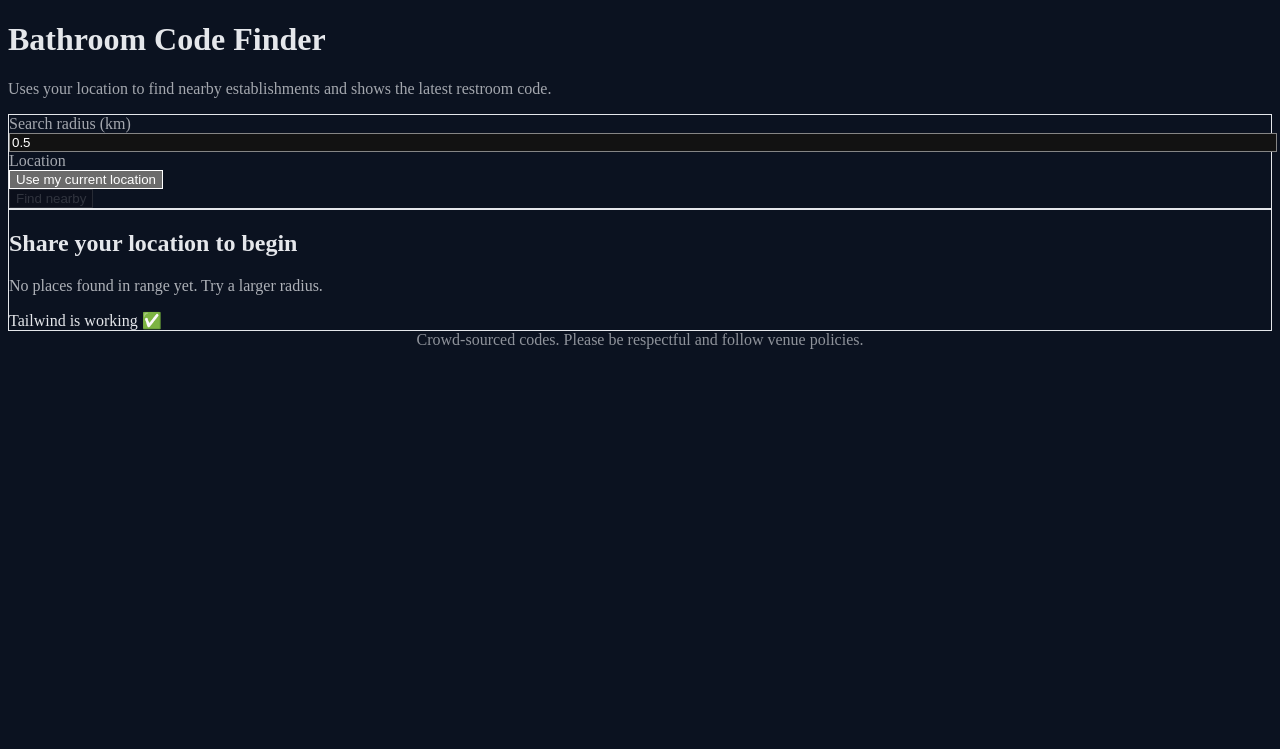
Repository: codcodedob/glitch
Page: /
An editor plug-in stored every save of this project. The page is shown before and after the next save, followed by the edit.
The browser window is 1280 px wide. The pictures show the whole page.
The page's requests for data from a server got no answer. The project was rebuilt for these pictures with package versions that can differ from the ones it lists, and the page was loaded fresh each time. The framework's server and built-in components were replaced by stand-ins that run in the browser. No one was signed in, and anything a server would have sent is missing. Also part of the build but not shown: next.config.js, next.config.mjs, next.config.ts, components/UpdateCodeModal.tsx.

Above is the page before, as saved 2025-10-03 12:06:56.

### pages/_app.tsx
import type { AppProps } from "next/app";
import { Toaster } from "react-hot-toast";
import "leaflet/dist/leaflet.css";
import "@/styles/globals.css";

export default function App({ Component, pageProps }: AppProps) {
  return (
    <>
      <Component {...pageProps} />
      <Toaster position="top-center" />
    </>
  );
}

### pages/index.tsx
// pages/index.tsx
import Head from "next/head";
import dynamic from "next/dynamic";
import { useCallback, useEffect, useMemo, useRef, useState } from "react";
import toast from "react-hot-toast";
import UpdateCodeModal from "@/components/UpdateCodeModal";

type Establishment = {
  id: string;
  name: string;
  address: string;
  lat: number;
  lng: number;
  restroom_available: boolean | null;
  distance_km?: number;
  code?: string | null;
  code_updated_at?: string | null;
  // may be absent for /api/nearest rows:
  google_place_id?: string | null;
};

type Candidate = {
  place_id: string;
  name: string;
  address: string | null;
  lat: number;
  lng: number;
  code?: string | null;
  code_updated_at?: string | null;
};

// Vanilla Leaflet map (no react-leaflet)
const MapView = dynamic(() => import("@/components/MapView"), { ssr: false });

export default function Home() {
  const [pos, setPos] = useState<{ lat: number; lng: number } | null>(null);
  const [posStatus, setPosStatus] = useState<
    "idle" | "prompting" | "granted" | "denied" | "unavailable"
  >("idle");

  const [radiusKm, setRadiusKm] = useState<number>(0.5);
  const [results, setResults] = useState<Establishment[]>([]);
  const [loading, setLoading] = useState(false);
  const [fetchError, setFetchError] = useState<string | null>(null);

  // Inline quick-edit (by establishment_id) for list rows:
  const [quickEdit, setQuickEdit] = useState<{ id: string; name: string } | null>(null);

  // Modal (by google place_id) for Places-based detection/chooser:
  const [modalOpen, setModalOpen] = useState(false);
  const [selectedPlace, setSelectedPlace] = useState<Candidate | null>(null);

  const staffToken = process.env.NEXT_PUBLIC_SUBMIT_TOKEN; // dev-only toggle for staff_verified
  const inFlight = useRef(false);

  useEffect(() => {
    if (!("geolocation" in navigator)) setPosStatus("unavailable");
  }, []);

  const requestLocation = useCallback(() => {
    if (!("geolocation" in navigator)) {
      setPosStatus("unavailable");
      return;
    }
    setPosStatus("prompting");
    navigator.geolocation.getCurrentPosition(
      (p) => {
        setPos({ lat: p.coords.latitude, lng: p.coords.longitude });
        setPosStatus("granted");
      },
      (err) => {
        setPosStatus(err.code === err.PERMISSION_DENIED ? "denied" : "unavailable");
      },
      { enableHighAccuracy: true, timeout: 12000, maximumAge: 10000 }
    );
  }, []);

  const fetchNearest = useCallback(async () => {
    if (!pos || inFlight.current) return;
    setLoading(true);
    setFetchError(null);
    inFlight.current = true;
    try {
      const q = new URLSearchParams({
        lat: String(pos.lat),
        lng: String(pos.lng),
        radius_km: String(radiusKm),
      });
      const res = await fetch(`/api/nearest?${q.toString()}`, {
        headers: { "cache-control": "no-store" },
      });
      if (!res.ok) throw new Error(`Server ${res.status}: ${await res.text()}`);
      const data = (await res.json()) as { establishments?: Establishment[] };
      setResults(data.establishments ?? []);
    } catch (e: any) {
      setFetchError(e?.message ?? "Failed to fetch nearby places.");
    } finally {
      setLoading(false);
      inFlight.current = false;
    }
  }, [pos, radiusKm]);

  // fetch when position arrives
  useEffect(() => {
    if (pos) fetchNearest();
  }, [pos, fetchNearest]);

  // Auto-resolve building and toast (now wires to modal for adding code)
  useEffect(() => {
    if (!pos) return;
    (async () => {
      try {
        const q = new URLSearchParams({ lat: String(pos.lat), lng: String(pos.lng) });
        const r = await fetch(`/api/resolve-building?${q.toString()}`);
        const data = await r.json();

        if (data.status === "code") {
          toast.success(`🧻 ${data.establishment.name} — code: ${data.code}`, { duration: 6000 });
        } else if (data.status === "no_code") {
          // Prepare the candidate for the modal
          const baseCand: Candidate | null = data.establishment?.google_place_id
            ? {
                place_id: data.establishment.google_place_id,
                name: data.establishment.name,
                address: data.establishment.address,
                lat: data.establishment.lat,
                lng: data.establishment.lng,
                code: data.code ?? null,
                code_updated_at: data.code_updated_at ?? null,
              }
            : null;

          toast(
            (t) => (
              <div className="text-sm">
                <div>✍️ {data.establishment?.name || "This place"} — no code yet</div>
                <div className="mt-2 flex flex-wrap gap-2">
                  <button
                    className="rounded border border-slate-700 bg-slate-800 px-2 py-1 hover:bg-slate-700"
                    onClick={() => {
                      if (baseCand) {
                        setSelectedPlace(baseCand);
                        setModalOpen(true);
                        toast.dismiss(t.id);
                      } else {
                        toast("No place_id yet—try chooser", { id: t.id, duration: 3000 });
                      }
                    }}
                  >
                    Add code
                  </button>

                  <button
                    className="rounded border border-slate-700 bg-slate-800 px-2 py-1 hover:bg-slate-700"
                    onClick={async () => {
                      // Show top nearby choices
                      const q2 = new URLSearchParams({
                        lat: String(pos!.lat),
                        lng: String(pos!.lng),
                        radius: "120",
                      });
                      const r2 = await fetch(`/api/resolve-building?${q2.toString()}`);
                      const j = await r2.json();

                      const choices: Candidate[] =
                        j?.candidates?.map((p: any) => ({
                          place_id: p.place_id,
                          name: p.name,
                          address: p.address ?? null,
                          lat: p.lat ?? pos!.lat,
                          lng: p.lng ?? pos!.lng,
                          code: p.code ?? null,
                          code_updated_at: p.code_updated_at ?? null,
                        })) ?? [];

                      if (!choices.length) {
                        toast("No other nearby places found", { id: t.id, duration: 3000 });
                        return;
                      }

                      toast.custom(
                        (tt) => (
                          <div className="rounded-xl border border-slate-800 bg-slate-900/95 p-3 text-sm shadow-2xl">
                            <div className="mb-2 font-medium">Pick the correct place</div>
                            <div className="flex flex-col gap-2">
                              {choices.slice(0, 5).map((p) => (
                                <button
                                  key={p.place_id}
                                  className="text-left rounded border border-slate-700 bg-slate-800 px-2 py-1 hover:bg-slate-700"
                                  onClick={() => {
                                    setSelectedPlace(p);
                                    setModalOpen(true);
                                    toast.dismiss(tt.id);
                                    toast.dismiss(t.id);
                                  }}
                                >
                                  <div className="font-medium">{p.name}</div>
                                  <div className="text-xs opacity-70">{p.address ?? "No address"}</div>
                                </button>
                              ))}
                            </div>
                          </div>
                        ),
                        { id: `${t.id}-chooser`, duration: 10000 }
                      );
                    }}
                  >
                    Not this place?
                  </button>
                </div>
              </div>
            ),
            { duration: 6000 }
          );
        } else if (data.status === "no_restroom") {
          toast(`🚫 ${data.establishment?.name || "This place"} — no restroom`, { duration: 4500 });
        }
      } catch {
        // ignore
      }
    })();
  }, [pos, fetchNearest]);

  const header = useMemo(
    () => (!pos ? "Share your location to begin" : `Nearest bathrooms within ${radiusKm} km`),
    [pos, radiusKm]
  );

  return (
    <>
      <Head>
        <title>Bathroom Code Finder</title>
        <meta
          name="description"
          content="Find the nearest establishment and see the current restroom code (crowd-verified)."
        />
      </Head>

      <div className="min-h-screen bg-slate-950 text-slate-100">
        <div className="mx-auto max-w-3xl p-6 sm:p-8">
          <header className="mb-5">
            <h1 className="text-2xl sm:text-3xl font-bold">Bathroom Code Finder</h1>
            <p className="text-sm opacity-70 mt-1">
              Uses your location to find nearby establishments and shows the latest restroom code.
            </p>
          </header>

          {/* Controls */}
          <div className="rounded-2xl border border-slate-800 bg-slate-900/60 p-4 sm:p-5 shadow-xl">
            <div className="flex flex-col gap-3 sm:flex-row sm:items-end sm:justify-between">
              <div className="grid grid-cols-1 sm:grid-cols-3 gap-3 w-full sm:w-auto">
                <div>
                  <label className="block text-xs opacity-70 mb-1">Search radius (km)</label>
                  <input
                    type="number"
                    min={0.1}
                    step={0.1}
                    value={radiusKm}
                    onChange={(e) => setRadiusKm(parseFloat(e.target.value || "0.5"))}
                    className="w-full rounded-xl border border-slate-700 bg-slate-900 px-3 py-2 text-slate-100"
                  />
                </div>

                <div className="sm:col-span-2">
                  <label className="block text-xs opacity-70 mb-1">Location</label>
                  {!pos ? (
                    <button
                      onClick={requestLocation}
                      className="inline-flex h-11 items-center justify-center rounded-xl border border-slate-700 bg-slate-800 px-4 font-medium hover:bg-slate-700"
                    >
                      {posStatus === "prompting" ? "Requesting…" : "Use my current location"}
                    </button>
                  ) : (
                    <div className="flex items-center gap-3">
                      <span className="inline-flex items-center rounded-full border border-emerald-700 bg-emerald-900/40 px-2.5 py-1 text-xs text-emerald-100">
                        location ready
                      </span>
                      <button
                        onClick={requestLocation}
                        className="text-sm underline underline-offset-4 opacity-80 hover:opacity-100"
                        title="Refresh location"
                      >
                        Refresh
                      </button>
                    </div>
                  )}
                </div>
              </div>

              <div className="mt-1 sm:mt-0">
                <button
                  onClick={fetchNearest}
                  disabled={!pos || loading}
                  className="inline-flex h-11 items-center justify-center rounded-xl border border-slate-700 bg-slate-800 px-5 font-medium hover:bg-slate-700 disabled:opacity-50"
                >
                  {loading ? "Searching…" : "Find nearby"}
                </button>
              </div>
            </div>

            {!pos && posStatus === "denied" && (
              <p className="mt-3 text-pink-300">
                Location permission denied. Enable it in your browser settings and try again.
              </p>
            )}
            {posStatus === "unavailable" && (
              <p className="mt-3 text-pink-300">Geolocation is not available on this device/browser.</p>
            )}
            {fetchError && <p className="mt-3 text-pink-300">{fetchError}</p>}
          </div>

          {/* Map */}
          {pos && (
            <div className="mt-5">
              <MapView center={pos} places={results} />
            </div>
          )}

          {/* Results list with empty state directly under header */}
          <section className="mt-5 rounded-2xl border border-slate-800 bg-slate-900/60 p-4 sm:p-5">
            <h2 className="text-lg font-semibold">{header}</h2>

            {results.length === 0 ? (
              <div className="mt-3 text-sm opacity-75">
                No places found in range yet. Try a larger radius.
              </div>
            ) : null}

            <ul className="mt-3 divide-y divide-slate-800">
              {results.map((r) => (
                <li key={r.id} className="py-3">
                  <div className="flex items-start justify-between gap-3">
                    <div>
                      <div className="font-semibold">
                        {r.name}{" "}
                        {typeof r.distance_km === "number" && (
                          <span className="ml-2 inline-block rounded-full border border-emerald-800 bg-emerald-900/40 px-2 py-0.5 text-xs text-emerald-100">
                            {r.distance_km.toFixed(2)} km
                          </span>
                        )}
                      </div>
                      <div className="text-xs opacity-80">{r.address}</div>

                      {r.restroom_available === false ? (
                        <div className="mt-2 text-xs opacity-70">No restroom</div>
                      ) : r.code ? (
                        <div className="mt-2">
                          <div className="text-xs opacity-80">Bathroom code</div>
                          <div className="font-mono text-xl">{r.code}</div>
                          {r.code_updated_at && (
                            <div className="text-xs opacity-70">
                              Updated {new Date(r.code_updated_at).toLocaleString()}
                            </div>
                          )}
                        </div>
                      ) : (
                        <div className="mt-2 text-xs opacity-70">No code yet</div>
                      )}

                      <div className="mt-2">
                        {/* List updates still use establishment_id quick-edit */}
                        <button
                          className="text-sm underline underline-offset-4 opacity-80 hover:opacity-100"
                          onClick={() => setQuickEdit({ id: r.id, name: r.name })}
                        >
                          Update code
                        </button>
                      </div>
                    </div>
                  </div>
                </li>
              ))}
            </ul>

            {/* Tailwind sanity chip */}
            <div className="mt-4 inline-block rounded-xl bg-emerald-600 px-3 py-1 text-white">
              Tailwind is working ✅
            </div>
          </section>

          {/* Quick-edit floating form (establishment_id) */}
          {quickEdit && (
            <form
              className="fixed inset-x-0 top-20 z-[9998] mx-auto w-full max-w-md rounded-2xl border border-slate-800 bg-slate-900/85 p-4 backdrop-blur-md shadow-2xl"
              onSubmit={async (e) => {
                e.preventDefault();
                const form = e.currentTarget;
                const code = (form.elements.namedItem("code") as HTMLInputElement).value.trim();
                const staffBox = form.elements.namedItem("staff_verified") as HTMLInputElement | null;
                if (!code) return;
                try {
                  const res = await fetch("/api/submit", {
                    method: "POST",
                    headers: {
                      "content-type": "application/json",
                      ...(staffToken ? { "x-submit-token": staffToken } : {}),
                    },
                    body: JSON.stringify({
                      establishment_id: quickEdit.id, // server should handle this path too
                      code,
                      staff_verified: !!staffBox?.checked,
                    }),
                  });
                  const j = await res.json().catch(() => ({}));
                  if (!res.ok || j?.error) throw new Error(j?.error || "Submit failed");
                  toast.success("Code saved");
                  setQuickEdit(null);
                  await fetchNearest();
                } catch (err: any) {
                  toast.error(err?.message || "Submit failed — check console");
                  console.error(err);
                }
              }}
            >
              <div className="text-sm mb-2 font-medium">Update code — {quickEdit.name}</div>
              <input
                name="code"
                autoFocus
                placeholder="Enter code"
                type="tel"
                inputMode="numeric"
                pattern="[0-9]*"
                enterKeyHint="done"
                className="w-full rounded-xl border border-slate-700 bg-slate-900 px-3 py-2 text-slate-100 font-mono tracking-widest"
              />
              {staffToken && (
                <label className="mt-2 flex items-center gap-2 text-xs opacity-80">
                  <input type="checkbox" name="staff_verified" /> Staff-verified
                </label>
              )}
              <div className="mt-3 flex gap-2">
                <button
                  className="rounded-xl border border-slate-700 bg-slate-800 px-4 py-2 hover:bg-slate-700"
                  type="submit"
                >
                  Save
                </button>
                <button
                  className="rounded-xl border border-slate-800 px-4 py-2"
                  type="button"
                  onClick={() => setQuickEdit(null)}
                >
                  Cancel
                </button>
              </div>
            </form>
          )}

          {/* Modal for Places-based add/update (by place_id) */}
          <UpdateCodeModal
            open={modalOpen}
            onClose={() => setModalOpen(false)}
            place={selectedPlace}
            onSaved={async () => {
              toast.success("Code updated");
              setModalOpen(false);
              await fetchNearest();
            }}
          />

          <footer className="mt-8 text-center text-xs opacity-60">
            Crowd-sourced codes. Please be respectful and follow venue policies.
          </footer>
        </div>
      </div>
    </>
  );
}

### styles/globals.css
@tailwind base;
@tailwind components;
@tailwind utilities;

/* your custom styles below (optional) */
:root { color-scheme: dark; }
body { background: #0b1220; color: #e5e7eb; }

Loaded but not shown: pages/_document.tsx (common file)

After the next save:
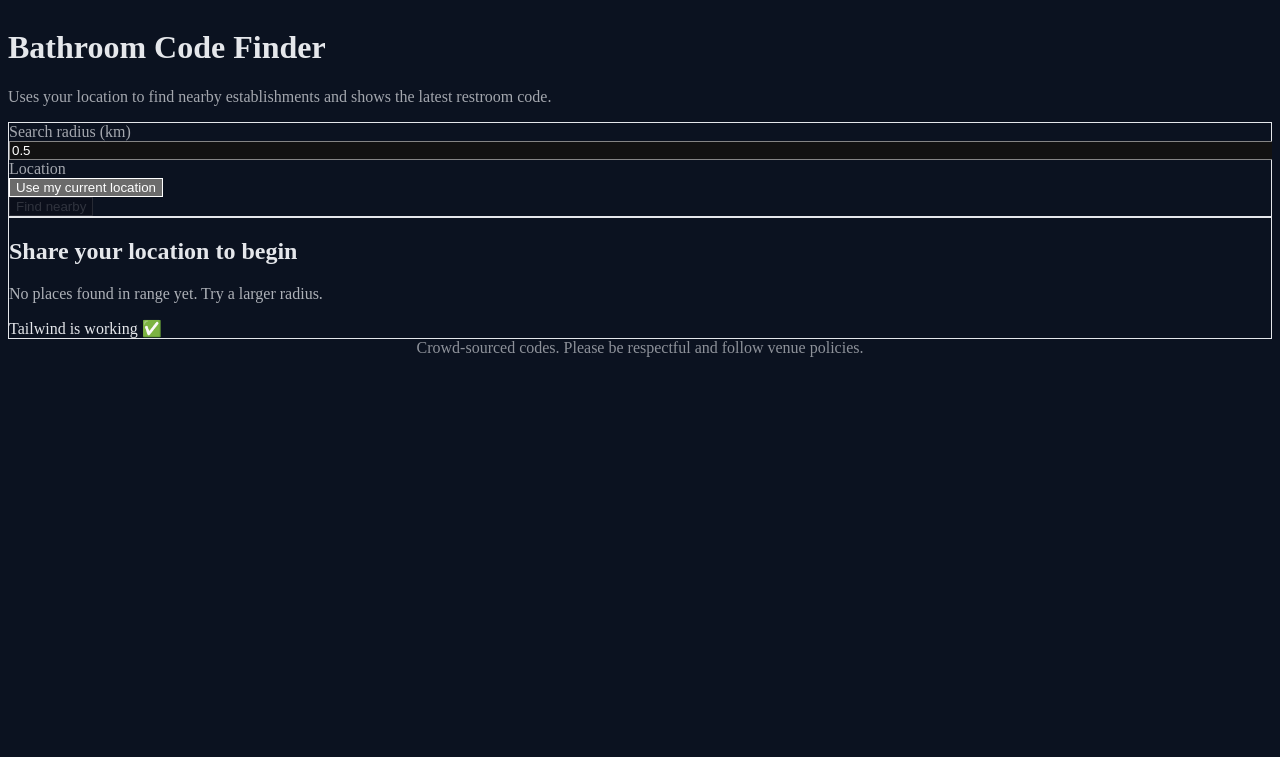
Saved 4 min 39 s later.
--- a/styles/globals.css
+++ b/styles/globals.css
@@ -5,3 +5,15 @@
 /* your custom styles below (optional) */
 :root { color-scheme: dark; }
 body { background: #0b1220; color: #e5e7eb; }
+/* Always allow page scroll unless we explicitly lock it */
+html, body, #__next {
+    height: auto;
+    min-height: 100%;
+    overflow-y: auto;
+  }
+
+  /* a class we can toggle to lock scroll while a modal is open */
+  .lock-scroll {
+    overflow: hidden !important;
+    height: 100%;
+  }
